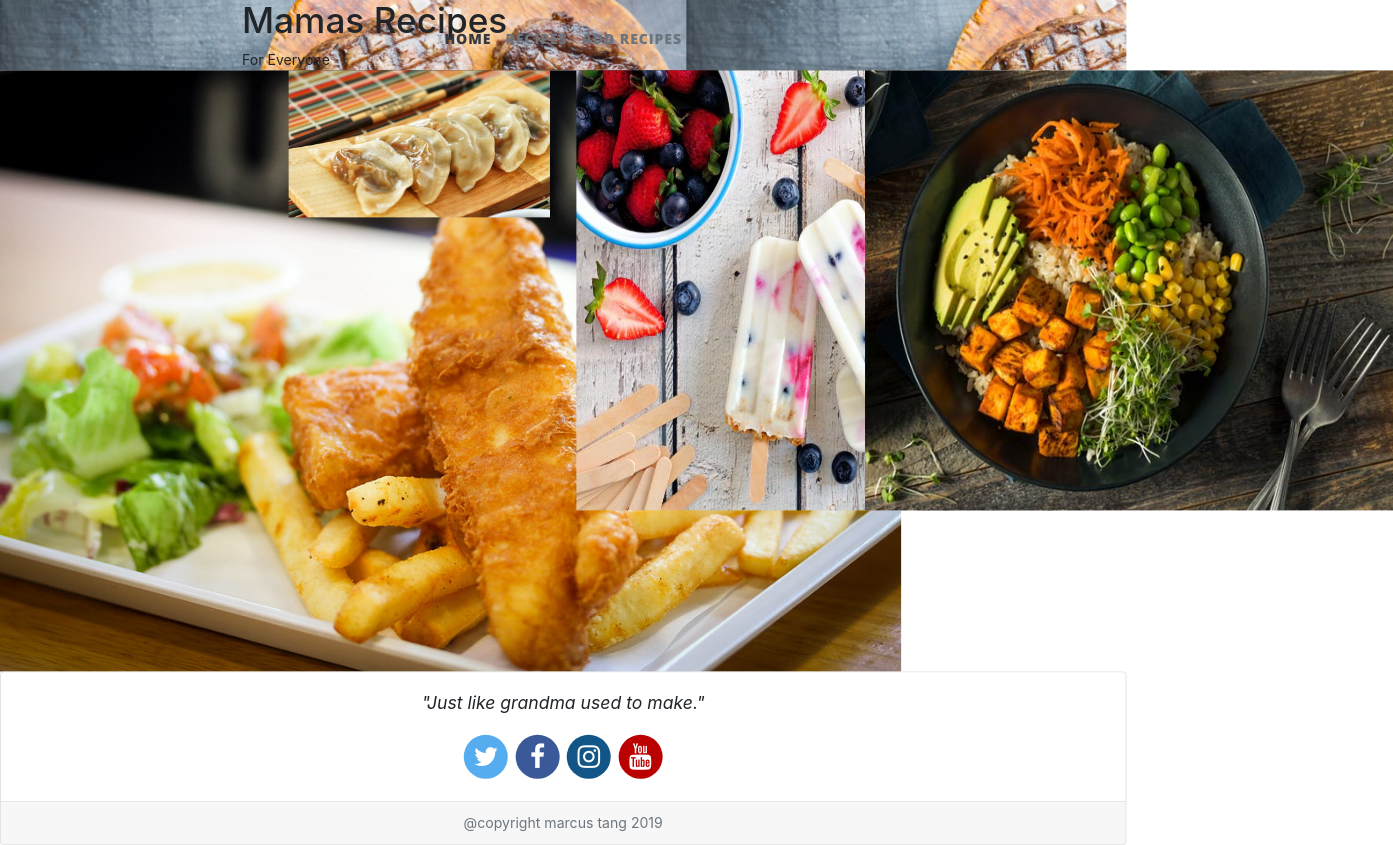
Repository: marstangg/mamasrecipes
Page: templates/index.html
The author's editor kept a record of every edit. The page is drawn from the files as they stood at one moment, then again after the next edit.
The browser window is 1280 px wide. The page is 1583 px wide, so the pictures cover 1583 px, including what lies to the right of the window. The pictures show the whole page, at 88% of full size.
Some web libraries are served in a nearby version. The template is drawn by Flask 3. The application's start-up code is not run. Other server files are loaded and not shown. The template is opened directly, without the code that normally fills it, so the values that code supplies are empty.

Above is the page before.

### templates/index.html
{% extends 'base.html' %}

{% block content %}
  <!--Page Header -->
  <header class="masthead" style="background-image: url('static/img/mamasrecipe.jpg')">
    <div class="overlay"></div>
    <div class="container">
      <div class="row">
        <div class="col-lg-8 col-md-10 mx-auto">
          <div class="site-heading">
            <h1>Mamas Recipes</h1>
            <span class="subheading">For Everyone</span>
          </div>
        </div>
      </div>
    </div>
  </header>
  <!--Listing-->
  <div class="row">
    <div class="col-3">
      <img src="static/img/western.jpg" alt="western"  height="auto">
    </div>
    <div class="col-3">
      <img src="static/img/gyoza.jpg" alt="asian" width="100%" height="auto">
    </div>
    <div class="col-3">
      <img src="static/img/dessert.jpg" alt="dessert"width="600" height="500">
    </div>
    <div class="col-3">
      <img src="static/img/vege.jpg" alt="veg"width="600" height="500">
    </div>
  </div>
{% endblock %}

### templates/base.html
<!doctype html>
<html lang="en">

<head>
  <!-- Required meta tags -->
  <meta charset="utf-8">
  <meta name="viewport" content="width=device-width, initial-scale=1, shrink-to-fit=no">

  <!-- Custom fonts for this template -->
  <link rel="stylesheet" href="https://cdnjs.cloudflare.com/ajax/libs/font-awesome/4.7.0/css/font-awesome.min.css">
  <link href='https://fonts.googleapis.com/css?family=Lora:400,700,400italic,700italic' rel='stylesheet' type='text/css'>
  <link href='https://fonts.googleapis.com/css?family=Open+Sans:300italic,400italic,600italic,700italic,800italic,400,300,600,700,800' rel='stylesheet' type='text/css'>

  <!-- Bootstrap CSS -->
  <link rel="stylesheet" href="https://maxcdn.bootstrapcdn.com/bootstrap/4.0.0/css/bootstrap.min.css" integrity="sha384-Gn5384xqQ1aoWXA+058RXPxPg6fy4IWvTNh0E263XmFcJlSAwiGgFAW/dAiS6JXm" crossorigin="anonymous">

  <!-- Custom styles for this template -->
  <link href="/static/css/style.css" rel="stylesheet">

  <title>Mama's Recipe | A portal for everyone to share their mama's recipes</title>
</head>

<body>
  <!-- Navigation -->
  <nav class="navbar navbar-expand-lg navbar-light fixed-top {% block navbg %} bg-transparent {% endblock %}" id="mainNav">
    <div class="container">

      <button class="navbar-toggler navbar-toggler-right text-white" type="button" data-toggle="collapse" data-target="#navbarResponsive" aria-controls="navbarResponsive" aria-expanded="false" aria-label="Toggle navigation">
        Menu
      </button> {% block navbrand %} {% endblock %}
      <div class="collapse navbar-collapse" id="navbarResponsive">
        <ul class="navbar-nav mx-auto mt-4">
          <a class="nav-item mx-2 {% block navhome %} text-dark {% endblock %}" href="{{url_for('index')}}"> Home </a>
          <a class="nav-item mx-2 {% block navrecipes %} text-secondary {% endblock %}" href="{{url_for('recipes')}}"> Recipes</a>
          <a class="nav-item mx-2 {% block navadd %} text-secondary {% endblock %}" href="{{url_for('recipe_add')}}"> Add Recipes</a>
        </ul>
      </div>
    </div>
  </nav>

  {% block content %} {% endblock %}

  <footer>
    <div class="card text-center">
      <div class="card-body">
        <!--<h5 class="card-title">""</h5>-->
        <blockquote class="blockquote">
          <p class="mb-0 font-italic">"Just like grandma used to make."</p>
        </blockquote>

        <div>
          <a href="#" class="fa fa-twitter"></a>
          <a href="#" class="fa fa-facebook"></a>
          <a href="#" class="fa fa-instagram"></a>
          <a href="#" class="fa fa-youtube"></a>
    </div>

      </div>
      <div class="card-footer text-muted">
        @copyright marcus tang 2019
      </div>
    </div>
  </footer>
  <!-- Optional JavaScript -->
  <!-- jQuery first, then Popper.js, then Bootstrap JS -->
  <script src="https://code.jquery.com/jquery-3.2.1.slim.min.js" integrity="sha384-KJ3o2DKtIkvYIK3UENzmM7KCkRr/rE9/Qpg6aAZGJwFDMVNA/GpGFF93hXpG5KkN" crossorigin="anonymous"></script>
  <script src="https://cdnjs.cloudflare.com/ajax/libs/popper.js/1.12.9/umd/popper.min.js" integrity="sha384-ApNbgh9B+Y1QKtv3Rn7W3mgPxhU9K/ScQsAP7hUibX39j7fakFPskvXusvfa0b4Q" crossorigin="anonymous"></script>
  <script src="https://maxcdn.bootstrapcdn.com/bootstrap/4.0.0/js/bootstrap.min.js" integrity="sha384-JZR6Spejh4U02d8jOt6vLEHfe/JQGiRRSQQxSfFWpi1MquVdAyjUar5+76PVCmYl" crossorigin="anonymous"></script>
</body>

</html>

Loaded but not shown: static/css/style.css (common file)

After the next edit:
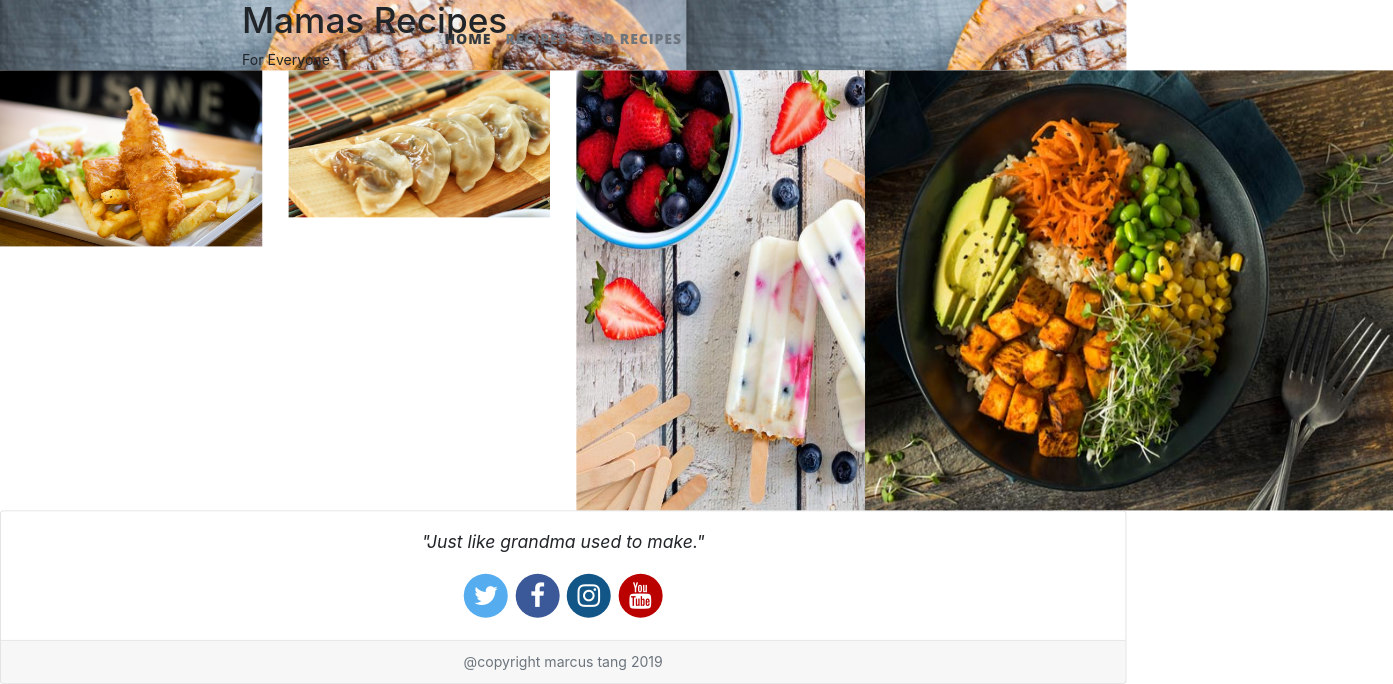
The edit:
--- a/templates/index.html
+++ b/templates/index.html
@@ -18,7 +18,7 @@
   <!--Listing-->
   <div class="row">
     <div class="col-3">
-      <img src="static/img/western.jpg" alt="western"  height="auto">
+      <img src="static/img/western.jpg" alt="western" width="100%" height="200">
     </div>
     <div class="col-3">
       <img src="static/img/gyoza.jpg" alt="asian" width="100%" height="auto">
